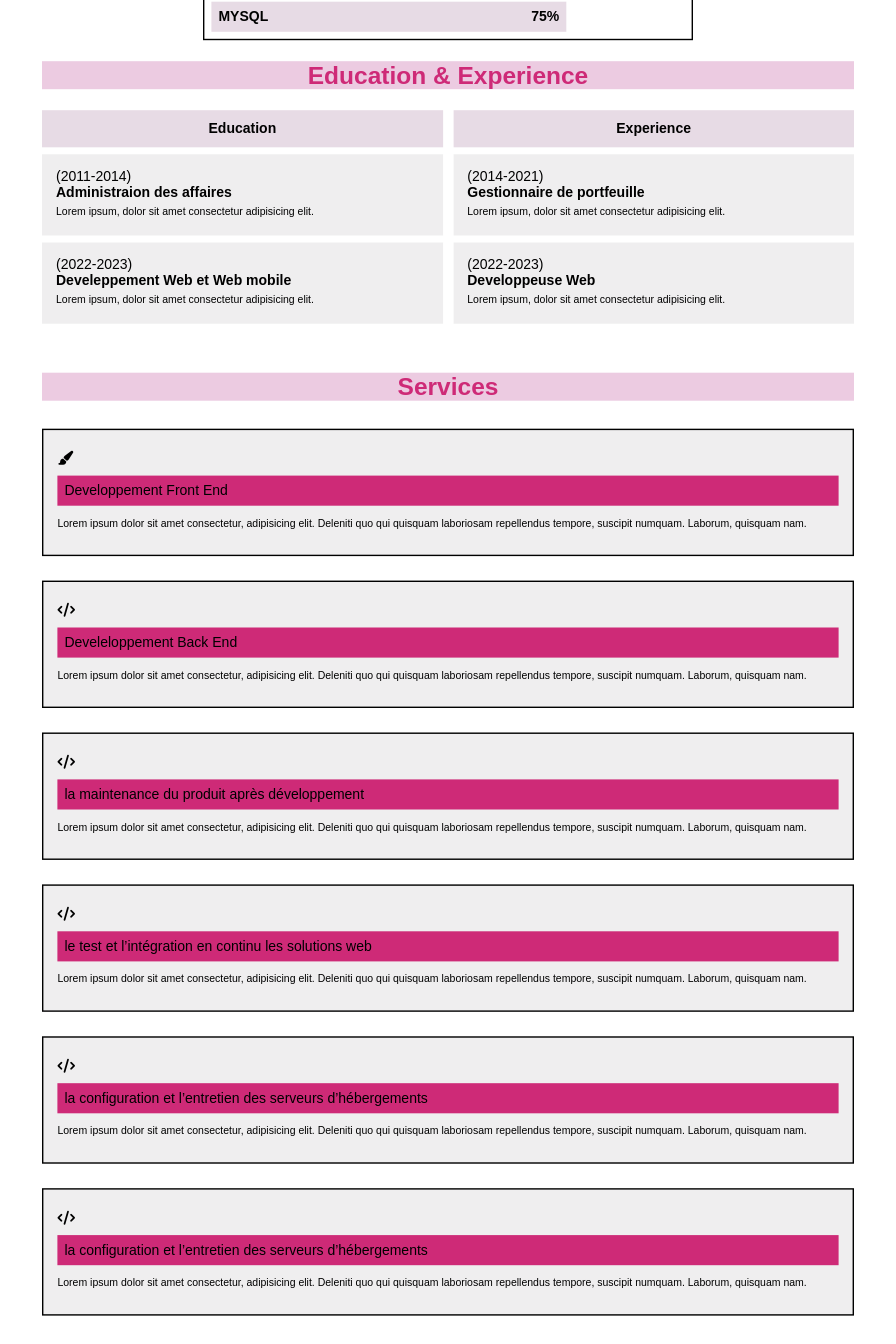
Repository: haifabilel/portfolio_project
Page: http://localhost/
These files come from the project's save history. The page is drawn as it stood at one moment and after the next save; the edit follows.
The browser window is 1280 px wide. The pictures show the part of the page from y = 1218 to 3138 px (the page is 3138 px tall before and 2496 px after), at 70% of full size.
Some web fonts or font styles are not loaded; a fallback is used. The page is run by PHP 8.4 with error messages shown; the project is at /var/www/html/.

Above is the page before, as saved 2023-09-17 13:52:46.

After the next save:
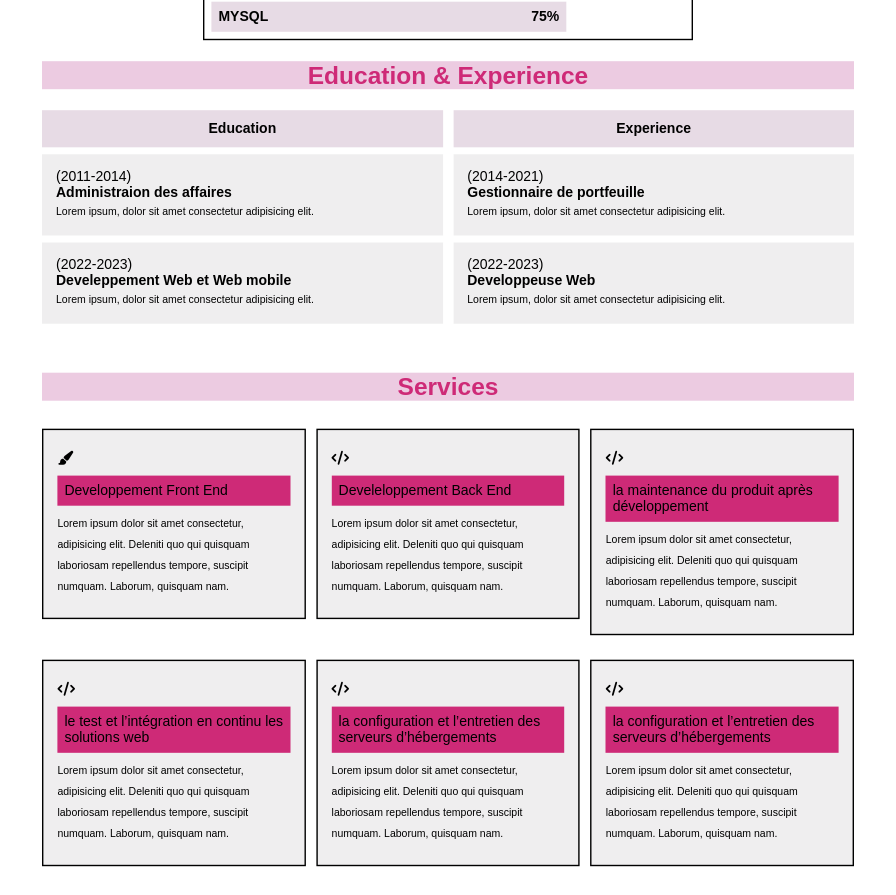
Saved 16 s later.
--- a/css/style.css
+++ b/css/style.css
@@ -269,7 +269,7 @@ padding:1rem;
 /* Section SServices starts */
 .services .box-container{
     display:grid;
-    grid-template-columns: repeat(auto-fit, ninmax(30rem,1fr));
+    grid-template-columns: repeat(auto-fit, minmax(30rem,1fr));
     gap:1.5rem;
     align-items:flex-start;
 }
